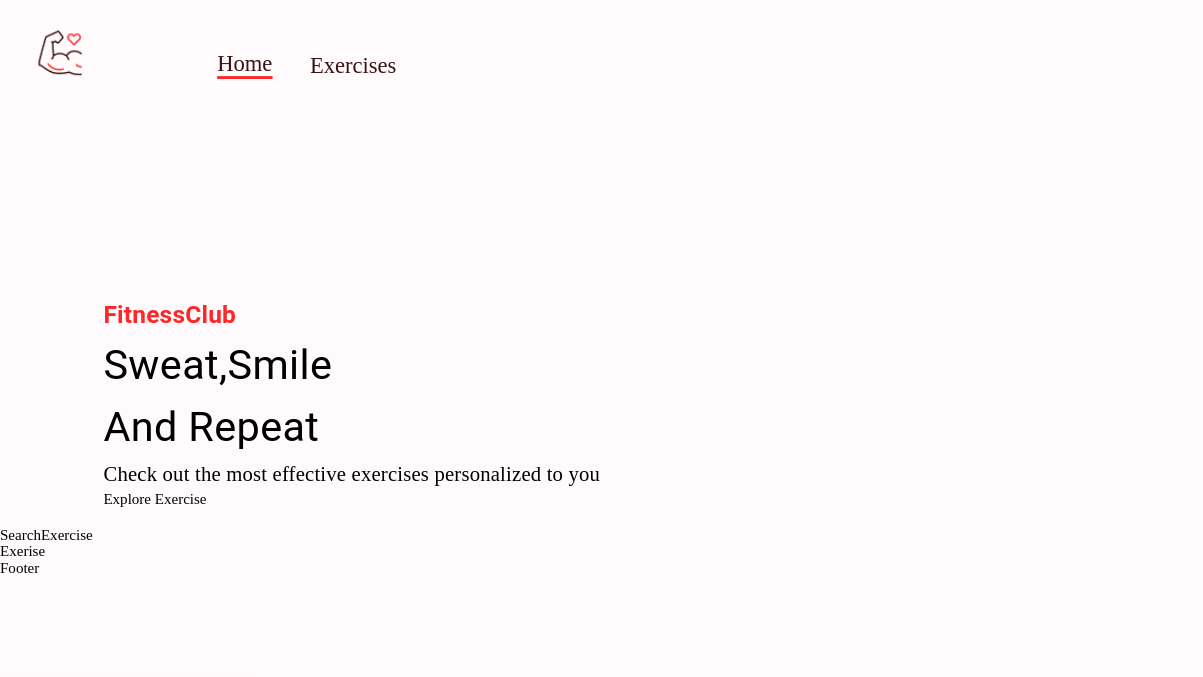
Repository: OmniaRafat232111121/Fitness
Page: /
An editor plug-in stored every save of this project. The page is shown before and after a run of saves, followed by the edit.
The browser window is 1280 px wide. The pictures show the whole page, at 94% of full size.
The project was rebuilt for these pictures with package versions that can differ from the ones it lists, and the page was loaded fresh each time. Also part of the build but not shown: src/Pags/ExerciseDetail.js.

Above is the page before, as saved 2022-07-14 00:39:18.

### src/index.js
import React from 'react';
import ReactDOM from 'react-dom/client';
import {
  BrowserRouter,

} from 'react-router-dom';
import App from './App';


const root = ReactDOM.createRoot(document.getElementById('root'));
root.render(
  <BrowserRouter >
  <App />
  </BrowserRouter>


);

### src/App.js
import React from 'react'
import {Route,Routes} from"react-router-dom"
import {Box} from'@mui/material'
import './App.css'
import Navbar from './components/Navbar'
import Home from './Pags/Home'
import ExerciseDetail from './Pags/ExerciseDetail'
import Footer from './components/Footer'
const App = () => {
  return (
<Box width ="400px" sx={{width:{xl:'1488px'}}} m="auto">
<Navbar />
<Routes>
<Route path="/"  element={<Home/>}/>
<Route path="/exercise:id"  element={<ExerciseDetail />}/>
</Routes>
<Footer />
</Box>
  )
}

export default App

### src/components/Navbar.js
import React from 'react'
import {Link} from 'react-router-dom'
import {Stack} from '@mui/material'
import Logo from '../assets/images/Logo.png'
const Navbar = () => (

    <Stack direction="row" justifyContent="space-around" sx={{ gap: { sm: '123px', xs: '40px' }, mt: { sm: '32px', xs: '20px' }, justifyContent: 'none' }} px="20px">
    <Link to="/">
      <img src={Logo} alt="logo" style={{ width: '48px', height: '48px', margin: '0px 20px' }} />
    </Link>
    <Stack
      direction="row"
      gap="40px"
      fontFamily="Alegreya"
      fontSize="24px"
      alignItems="flex-end"
    >
      <Link to="/" style={{ textDecoration: 'none', color: '#3A1212', borderBottom: '3px solid #FF2625' }}>Home</Link>
      <a href="#exercises" style={{ textDecoration: 'none', color: '#3A1212' }}>Exercises</a>
    </Stack>
  </Stack>
  );


export default Navbar

### src/Pags/Home.js
import React from 'react'
import {Box} from '@mui/material'
import HeroBanner from '../components/HeroBanner'
import SearchExercise from '../components/SearchExercise'
import Exerise from '../components/Exerise'
const Home = () => {
  return (
  <Box>
  <HeroBanner />
   <SearchExercise />
   <Exerise />
  </Box>
  );
}

export default Home

### src/components/HeroBanner.js
import React from 'react'
import {Box,Stack,Typography} from '@mui/material'
const HeroBanner = () => {
  return (
   <Box sx={{
    mt:{lg:'212px',xs:'70px'},
    ml:{sm:'90px'}
   }} position="realtive"  p="20px">
   <Typography color="#FF2625" fontWeight="600" fontSize="26px">FitnessClub</Typography>
   <Typography fontweight={700} sx={{fontSize:{lg:'44px',xs:'40px'}}}> Sweat,Smile<br />
   And Repeat  </Typography>
 <Typography style={{fontSize:'22px' ,fontFamily:"Alegreya", lineHeight:"35px"}}>
   Check out the most effective exercises personalized to you
   </Typography>

   <Stack>
   <a style={{color:"FF2625", fontWeight:"600px"}} sx={{opacity:'0.1',display:{lg:'block',xs:'none'}}}>Explore Exercise</a>
   </Stack>
   </Box>
  )
}

export default HeroBanner

### src/components/SearchExercise.js
import React from 'react'

const SearchExercise = () => {
  return (
    <div>SearchExercise</div>
  )
}

export default SearchExercise

### src/components/Exerise.js
import React from 'react'

const Exerise = () => {
  return (
    <div>Exerise</div>
  )
}

export default Exerise

Loaded but not shown: public/index.html (common file); src/App.css (common file); src/components/Footer.js (common file)

After the next 18 saves:
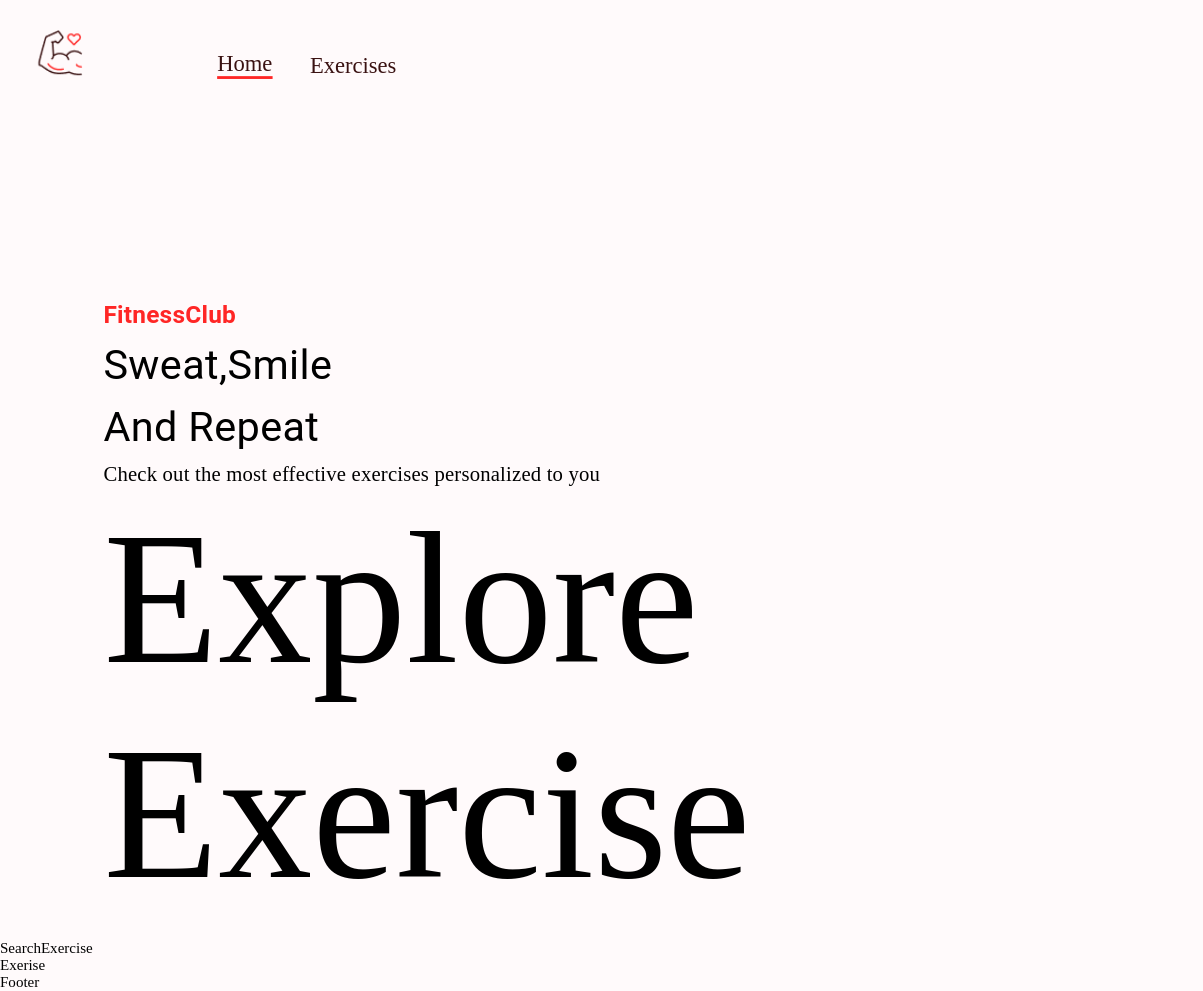
The 18 saves are shown as one change because 1 did not build or start and some came seconds apart.
The last was saved 32 s later.
--- a/src/components/HeroBanner.js
+++ b/src/components/HeroBanner.js
@@ -14,7 +14,7 @@ const HeroBanner = () => {
    </Typography>
 
    <Stack>
-   <a style={{color:"FF2625", fontWeight:"600px"}} sx={{opacity:'0.1',display:{lg:'block',xs:'none'}}}>Explore Exercise</a>
+   <a style={{color:"FF2625", fontWeight:"600px",fontSize:'200px'}} sx={{opacity:'0.1',display:{lg:'block',xs:'none'}}}>Explore Exercise</a>
    </Stack>
    </Box>
   )
